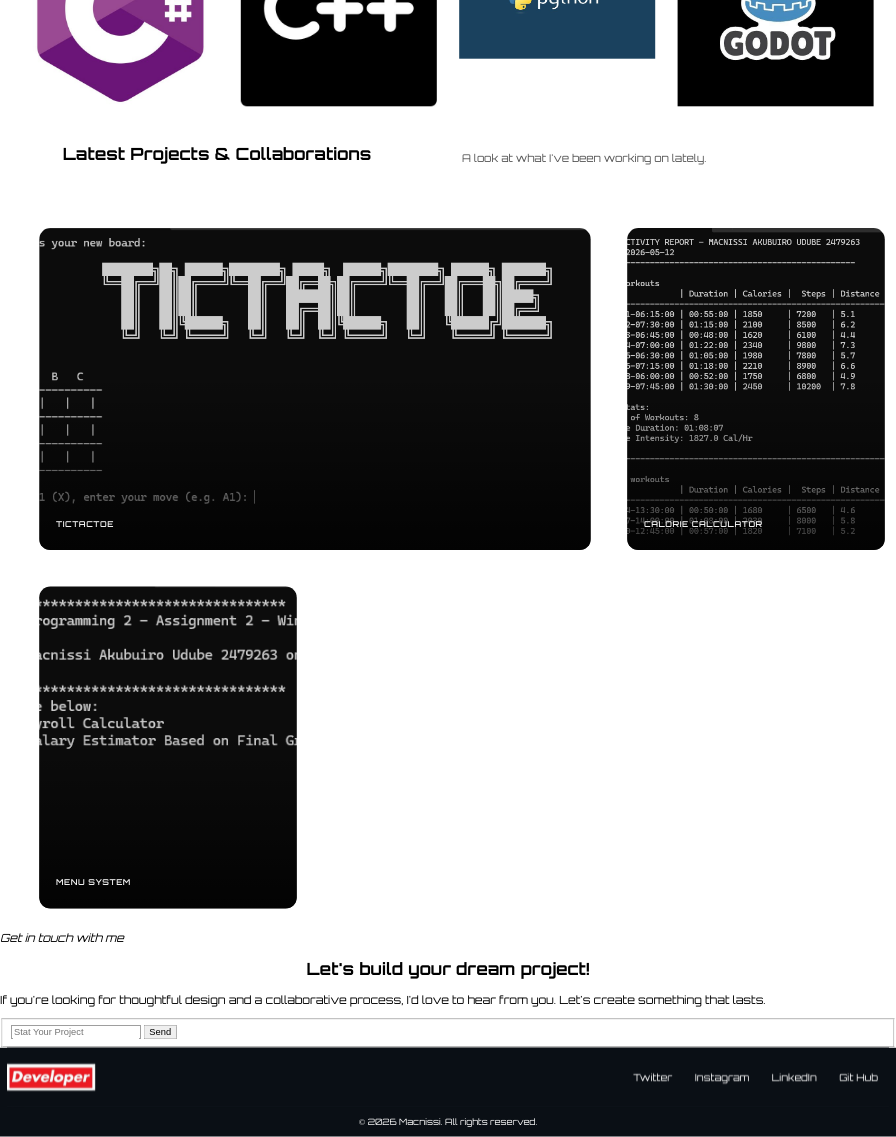
Repository: macnissiudube/macnissiudube
Page: index.html
The author's editor kept a copy of each file at every save. The page is drawn from the files as they stood at one save, then again after the next save.
The browser window is 1280 px wide. The pictures show the part of the page from y = 1417 to 3337 px (the page is 3041 px tall before and 3337 px after), at 70% of full size.

Above is the page before, as saved 2026-05-16 18:44:58.

After the next save:
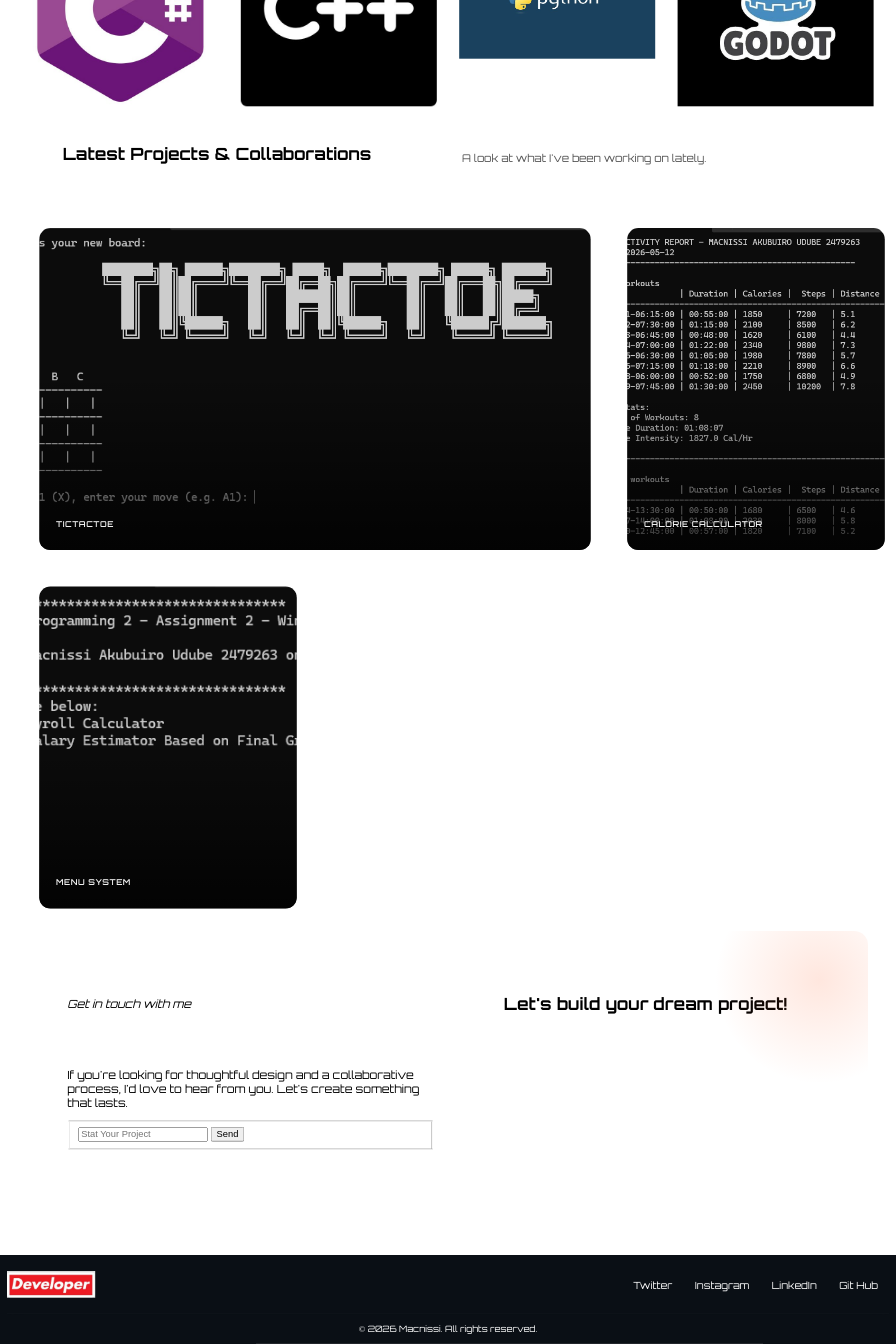
Saved 2 min 45 s later.
--- a/styles/index.css
+++ b/styles/index.css
@@ -231,6 +231,37 @@
   margin-bottom: 6px;
 }
 
+/* Contact and CTA Banner Layout */
+
+#contact {
+  margin: 0 40px 80px;
+  background: rgba(255, 255, 255, 0.05);
+  border-radius: 20px;
+  padding: 70px 56px;
+  display: grid;
+  grid-template-columns: 1fr 1fr;
+  gap: 40px;
+  align-items: center;
+  position: relative;
+  overflow: hidden;
+}
+
+/* Subtle orange glow in top-right corner */
+#contact::before {
+  content: "";
+  position: absolute;
+  top: -80px;
+  right: -80px;
+  width: 300px;
+  height: 300px;
+  background: radial-gradient(
+    circle,
+    rgba(255, 91, 34, 0.15) 0%,
+    transparent 70%
+  );
+  pointer-events: none;
+}
+
 /* MAIN LAYOUT ********************************************/
 
 main {
